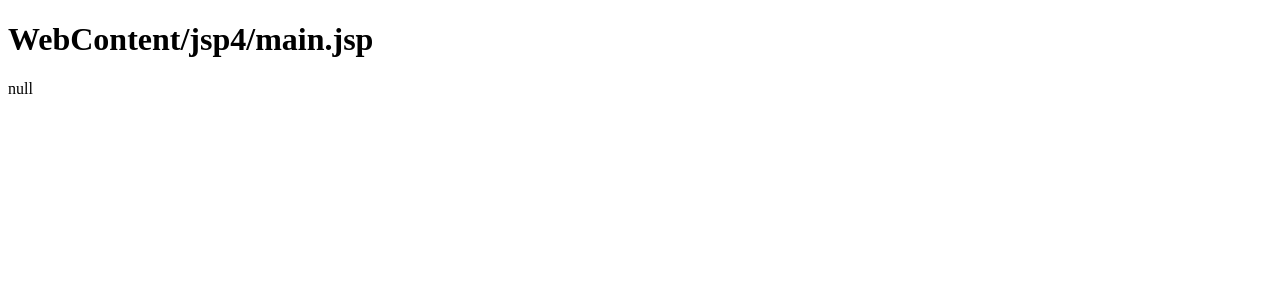
Repository: ReadStar/workspace_jsp
Page: http://localhost/StudyJSP/jsp4/main.jsp
An editor plug-in stored every save of this project. The page is shown before and after the next save, followed by the edit.
The browser window is 1280 px wide. The pictures show the whole page.
The page is served by Tomcat 9.

Above is the page before, as saved 2020-08-25 07:55:29.

After the next save:
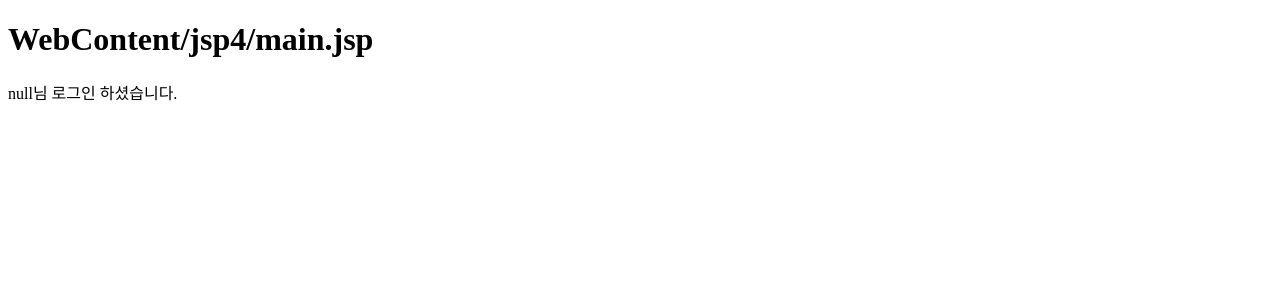
Saved 2 min 15 s later.
--- a/StudyJSP/WebContent/jsp4/main.jsp
+++ b/StudyJSP/WebContent/jsp4/main.jsp
@@ -8,6 +8,6 @@
 </head>
 <body>
 <h1>WebContent/jsp4/main.jsp</h1>
-<%=session.getAttribute("id") %>
+<%=session.getAttribute("id") %>님 로그인 하셨습니다.
 </body>
 </html>
